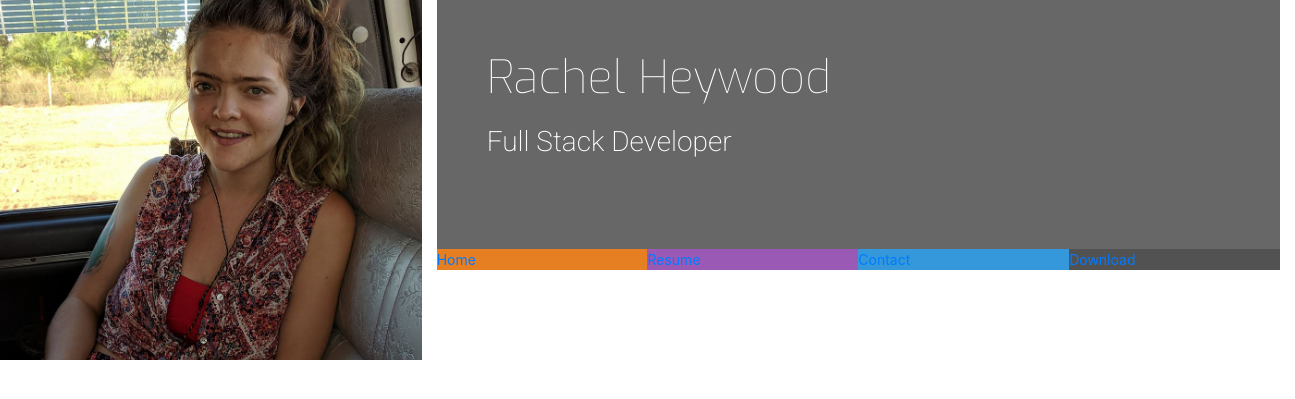
Repository: Heywood93/resume
Page: index.html
The author's editor kept a record of every edit. The page is drawn from the files as they stood at one moment, then again after the next edit.
The browser window is 1280 px wide. The page is 1295 px wide, then 1280 px, so the pictures cover 1295 px, including what lies to the right of the window. The pictures show the whole page.

Above is the page before.

### index.html
<!DOCTYPE html>
<html lang="en">
<head>
    <meta charset="UTF-8">
    <meta name="viewport" content="width=device-width, initial-scale=1.0">
    <meta http-equiv="X-UA-Compatible" content="ie=edge">
    <link rel="stylesheet" href="https://stackpath.bootstrapcdn.com/bootstrap/4.3.1/css/bootstrap.min.css" type="text/css" />
    <link rel="stylesheet" href="https://stackpath.bootstrapcdn.com/font-awesome/4.7.0/css/font-awesome.min.css" type="text/css" />
    <link rel="stylesheet" href="assets/css/style.css" type="text/css" />
    <title>Rachel Heywood</title>
</head>
<body>
    <header>
        <div class="row">
            <a href="index.html" class="col-md-4 logo">

            </a>
            <div class="col-md-8">
                <div class="row no-gutters bg-color-name-title">
                    <div class="col heading">
                        <h1 class="name">Rachel Heywood</h1>
                        <h2 class="title">Full Stack Developer</h2>
                    </div>
                </div>
                <div class="row no-gutters">
                    <div class="col">
                        <ul id="nav" class="list-inline menucontainer">
                            <li class="col-6 col-sm-3 ui-menu-color-home list-inline-item">
                                <a href="#"><span>Home</span></a>
                            </li>
                            <li class="col-6 col-sm-3 ui-menu-color-resume list-inline-item">
                                <a href="#"><span>Resume</span></a>
                            </li>
                            <li class="col-6 col-sm-3 ui-menu-color-contact list-inline-item">
                                <a href="#"><span>Contact</span></a>
                            </li>
                            <li class="col-6 col-sm-3 ui-menu-color-download list-inline-item">
                                <a href="#"><span>Download</span></a>
                            </li>
                        </ul>
                    </div>
                </div>
            </div>
        </div>

    </header>
    <section>

    </section>
    <footer>

    </footer>
</body>
</html>

### assets/css/style.css
@import url('https://fonts.googleapis.com/css?family=Roboto:100,200,300,400,500,600,700|Exo:100,200,300,400,500,600,700');

/*----------Colors */

.bg-color-name-title {
    background-color: #676767;
}

.ui-menu-color-home {
    background-color: #e67e22
}

.ui-menu-color-resume {
    background-color: #9b59b6
}

.ui-menu-color-contact {
    background-color: #3498db
}

.ui-menu-color-download {
    background-color: #525252
}

/*----------Heading */

header {
    margin: 0;
}

.heading {
    margin-left : 50px;
}

.logo {
    background: url(../images/profile-picture.jpg);
    background-position: center;
    background-repeat: no-repeat;
    background-size: cover;
    min-height: 360px;
    transition: all .5s ease-in-out;
    -moz-transition: all .5s ease-in-out;
    -webkit-transition: all .5s ease-in-out;
}

.name {
    font-family: "Exo", sans-serif;
    font-weight: 100;
    font-size: 46px;
    margin-top: 50px;
    color: #fff;
}

.title {
    font-family: "Roboto", sans-serif;
    font-weight: 200;
    font-size: 28px;
    margin-top: 20px;
    margin-bottom: 90px;
    color: #fff;
}

.list-inline-item:not(:last-child) {
    margin: 0;
}

.menucontainer {
    font-size: 0;
}

#nav {
    margin: 0;
}

#nav li {
    font-size: 14px;
    padding: 0;
}

.menuitem {
    height: 120px;
    text-align: center;
    padding: 0;
}

.menuitem a {
    width: 100%;
    text-decoration: none;
    color: #fff;
    height: 120px;
}

.menuitem a i {
    padding-top: 22px;
    display: block;
    color: #fafafa;
    font-size: 26px;
}

.menuitem span {
    display: block;
    width: 100%;
    padding-top: 5px;
    text-align: center;
    text-transform: uppercase;
    font-size: 14px;
    font-weight: 300;
    letter-spacing: 2px;
}

/*----------Hover.css */

.hvr-sweep-to-bottom:before {
    background: rgba(0, 0, 0, 0.2);
    height: 120px;
}

After the next edit:
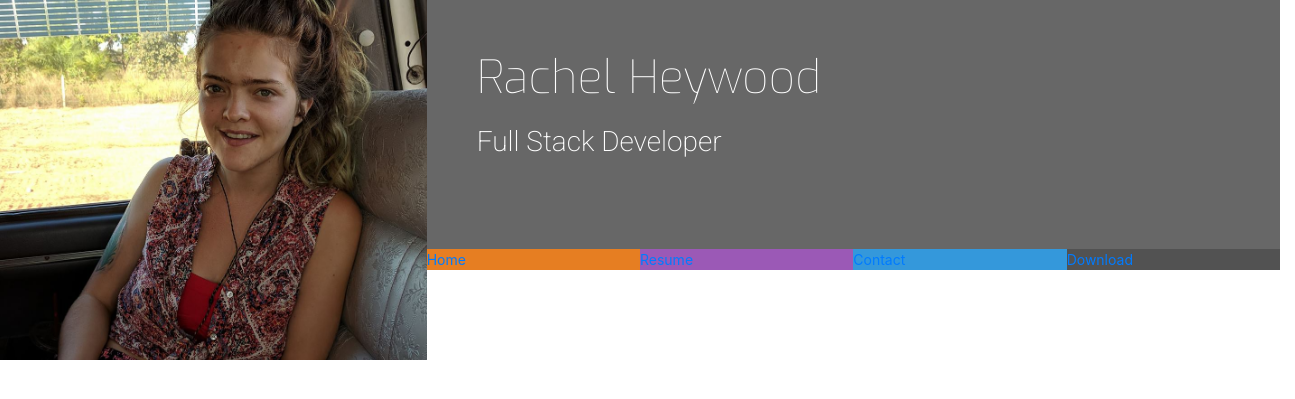
The edit:
--- a/index.html
+++ b/index.html
@@ -11,7 +11,7 @@
 </head>
 <body>
     <header>
-        <div class="row">
+        <div class="row no-gutters">
             <a href="index.html" class="col-md-4 logo">
 
             </a>
